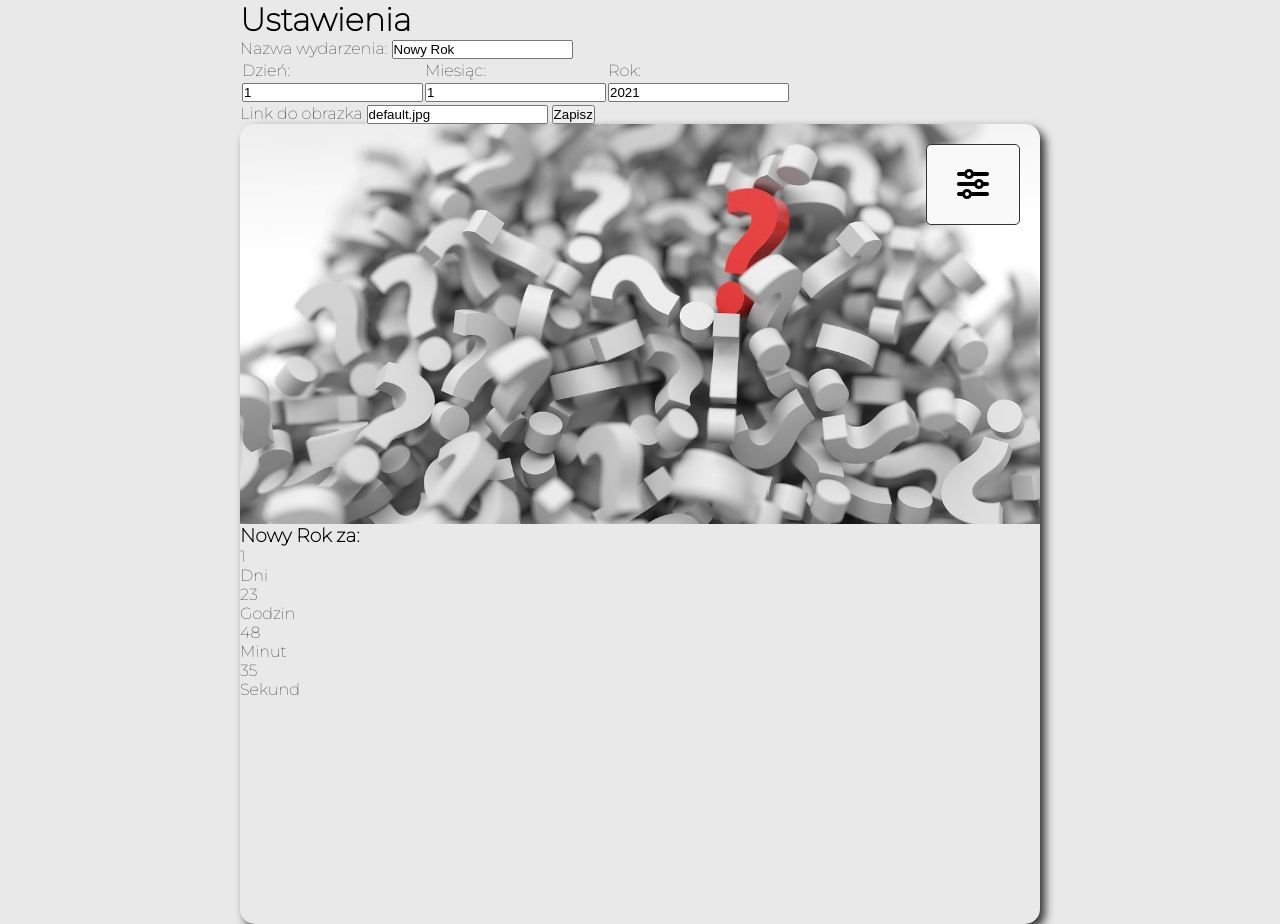
Repository: KrzysKolo/Projekt-8_Czasomierz
Page: index.html
These files come from the project's save history. The page is drawn as it stood at one moment and after the next save; the edit follows.
The browser window is 1280 px wide. The pictures show the whole page.
Some web libraries are served in a nearby version.

Above is the page before, as saved 2020-07-19 10:26:28.

After the next save:
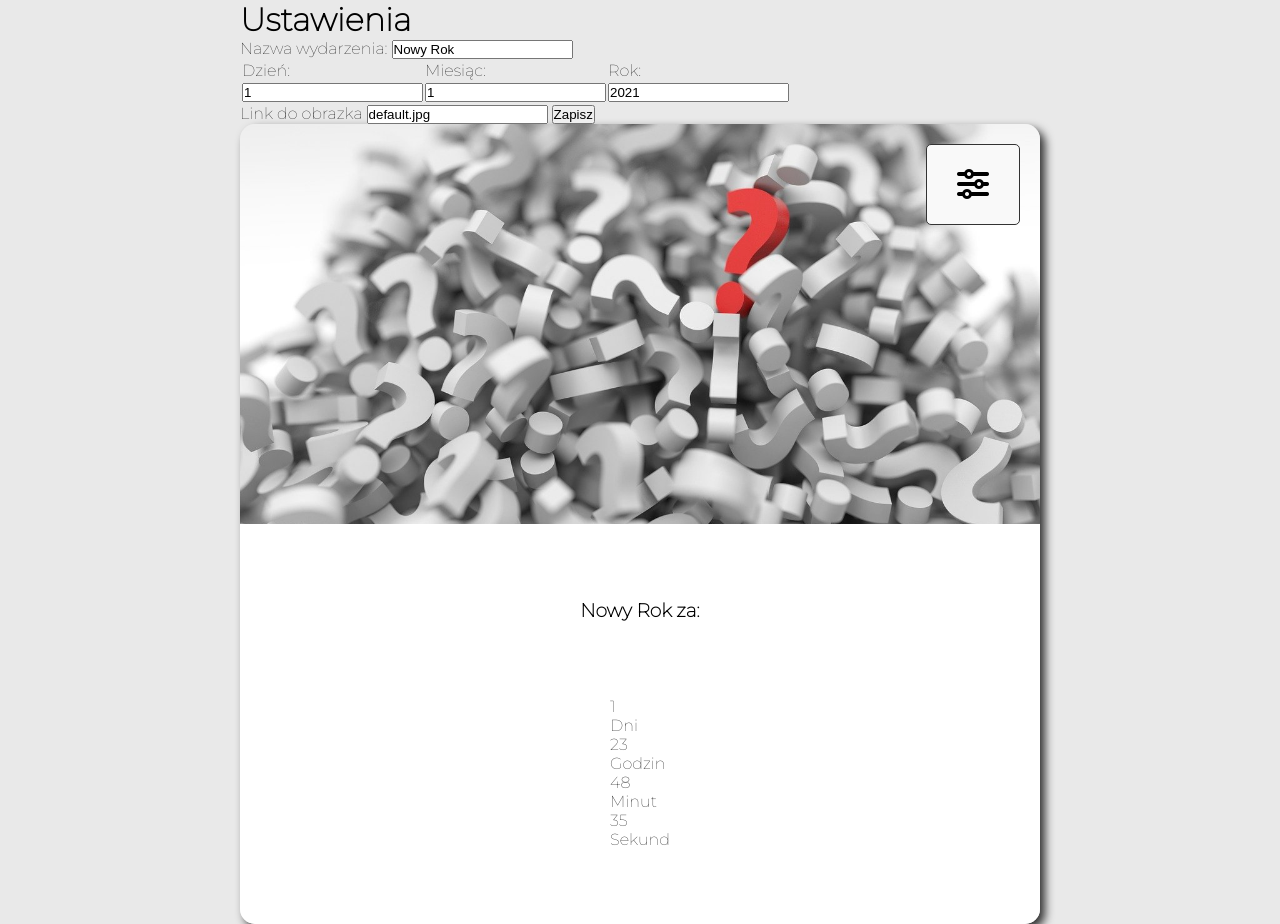
Saved 117 s later.
--- a/css/style.css
+++ b/css/style.css
@@ -50,4 +50,8 @@ body {
   display: flex;
   flex-direction: column;
   justify-content: space-evenly;
+  align-items: center;
+  height: 400px;
+  background-color: #fff;
+  z-index: 100;
 }
